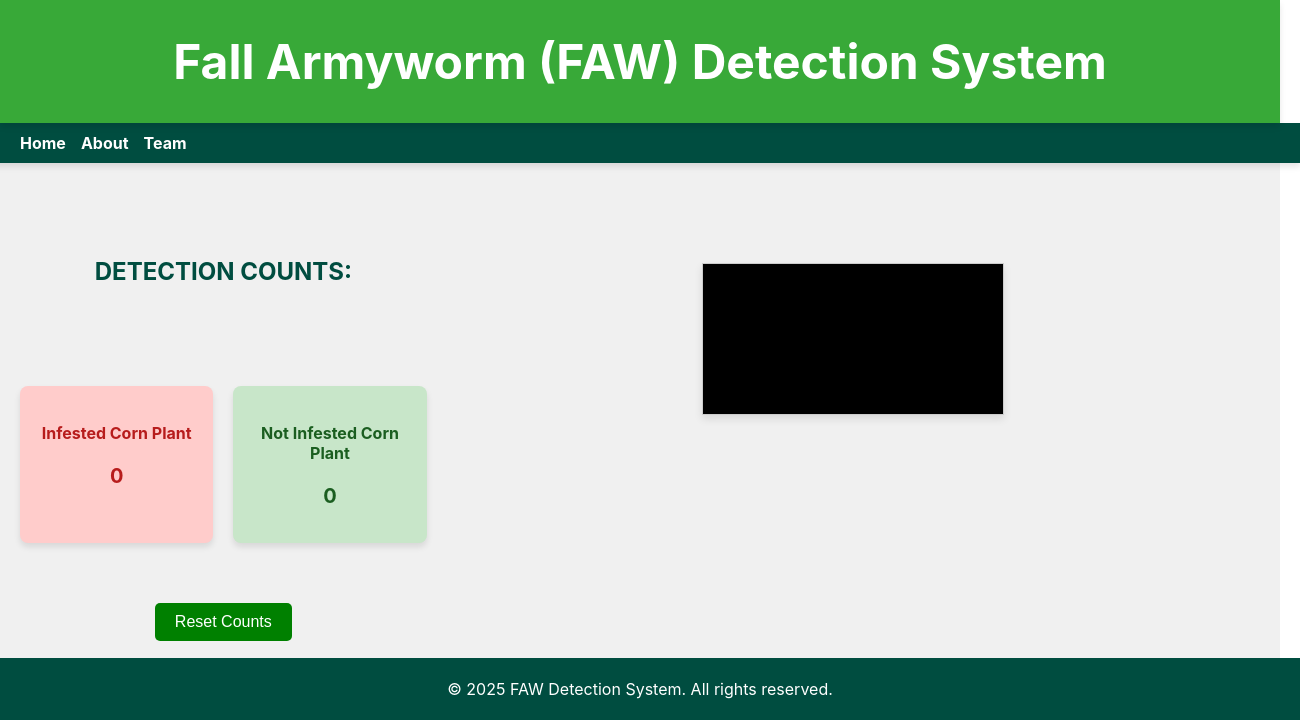
Repository: jansen223/faw-detection-main
Page: /
These files come from the project's save history. The page is drawn as it stood at one moment and after the next save; the edit follows.
The browser window is 1280 px wide. The page is 1300 px wide, so the pictures cover 1300 px, including what lies to the right of the window. The pictures show the whole page.
The page's requests for data from a server got no answer. The project was rebuilt for these pictures with package versions that can differ from the ones it lists, and the page was loaded fresh each time. No one was signed in, and anything a server would have sent is missing.

Above is the page before, as saved 2025-04-10 01:20:45.

### public/index.html
<!DOCTYPE html>
<html lang="en">
<head>
  <meta charset="utf-8" />
  <link rel="icon" href="%PUBLIC_URL%/maize_icon.jpg" />
  <meta name="viewport" content="width=device-width, initial-scale=1" />
  <meta name="theme-color" content="#000000" />
  <meta name="description" content="FAW Detection Web Interface" />
  <title>FAW Detection</title>
</head>
<body>
  <noscript>You need to enable JavaScript to run this app.</noscript>
  <div id="root"></div>
</body>
</html>

### src/App.js
import React, { useEffect, useRef } from 'react';
import { BrowserRouter as Router, Routes, Route, Link } from 'react-router-dom';
import io from 'socket.io-client';
import './App.css';

function Home({ canvasRef, counts, resetCounts }) {
  return (
    <div className="layout-container">
      {/* Detection Section */}
      <div className="detection-section">
        <h3>DETECTION COUNTS:</h3>
        <div className="detection-cards">
          <div className="card infested">
            <h4>Infested Corn Plant</h4>
            <p>{counts.infested}</p>
          </div>
          <div className="card not-infested">
            <h4>Not Infested Corn Plant</h4>
            <p>{counts.notInfested}</p>
          </div>
        </div>
        <button onClick={resetCounts} className="reset-button">
          Reset Counts
        </button>
      </div>

      {/* Camera Section */}
      <div className="camera-section">
        <canvas ref={canvasRef} />
      </div>
    </div>
  );
}

function About() {
  return (
    <div style={{ padding: '20px' }}>
      <h2>About</h2>
      <p>This web app is designed to detect Fall Armyworm infestations in corn plants using a live camera feed and machine learning.</p>
    </div>
  );
}

function Team() {
  const teamMembers = [
    {
      name: "Jansen Relator",
      role: "Machine Learning Engineer",
      description: "Specializes in developing and optimizing machine learning models.",
      image: "images/jansen.png"
    },
    {
      name: "Claire Belle Candia",
      role: "Frontend Developer",
      description: "Focuses on creating user-friendly interfaces and experiences.",
      image: "https://via.placeholder.com/150"
    },
    {
      name: "Anthony Matthew Nemenzo",
      role: "Backend Developer",
      description: "Expert in building scalable and efficient server-side applications.",
      image: "https://via.placeholder.com/150"
    },
    {
      name: "Joren Varquez",
      role: "Project Manager",
      description: "Ensures timely delivery and smooth collaboration across the team.",
      image: "https://via.placeholder.com/150"
    }
  ];

  return (
    <div className="team-container">
      <h2>Meet The Team</h2>
      <div className="team-members">
        {teamMembers.map((member, index) => (
          <div key={index} className="team-member">
            <img src={member.image} alt={`${member.name}`} className="team-member-image" />
            <h3>{member.name}</h3>
            <p className="team-member-role">{member.role}</p>
            <p className="team-member-description">{member.description}</p>
          </div>
        ))}
      </div>
    </div>
  );
}

function App() {
  const canvasRef = useRef(null);
  const socketRef = useRef(null);
  const [counts, setCounts] = React.useState({ infested: 0, notInfested: 0 });

  useEffect(() => {
    // Connect to Flask server
    socketRef.current = io('http://192.168.254.115:5000');

    // Handle video frames
    socketRef.current.on('video_frame', (data) => {
      const img = new Image();
      img.src = `data:[embedded picture, 38 characters]

      img.onload = () => {
        const canvas = canvasRef.current;
        if (!canvas) return;
        const ctx = canvas.getContext('2d');
        canvas.width = img.width;
        canvas.height = img.height;
        ctx.drawImage(img, 0, 0);
      };
    });

    // Handle detection counts
    socketRef.current.on('detection_counts', (data) => {
      setCounts({
        infested: data.infested_count,
        notInfested: data.not_infested_count
      });
    });

    return () => {
      if (socketRef.current) socketRef.current.disconnect();
    };
  }, []);

  const resetCounts = async () => {
    try {
      const response = await fetch('http://192.168.0.17:5000/reset_counts', {
        method: 'POST',
      });
      const data = await response.json();
      if (data.message) {
        setCounts({ infested: 0, notInfested: 0 });
        alert(data.message);
      }
    } catch (error) {
      console.error('Error resetting counts:', error);
    }
  };

  return (
    <Router>
      <div className="App">
        <header className="App-header">
          <h1>Fall Armyworm (FAW) Detection System</h1>
        </header>
        <nav className="App-navbar">
          <ul>
            <li><Link to="/">Home</Link></li>
            <li><Link to="/about">About</Link></li>
            <li><Link to="/team">Team</Link></li>
          </ul>
        </nav>
        <Routes>
          <Route path="/" element={<Home canvasRef={canvasRef} counts={counts} resetCounts={resetCounts} />} />
          <Route path="/about" element={<About />} />
          <Route path="/team" element={<Team />} />
        </Routes>
        <footer className="App-footer">
          <p>&copy; 2025 FAW Detection System. All rights reserved.</p>
        </footer>
      </div>
    </Router>
  );
}

export default App;

### src/App.css
body {
  margin: 0;
  padding: 0;
}

.App {
  text-align: center;
  background-color: #f0f0f0;
  min-height: 100vh;
  display: flex;
  flex-direction: column;
  align-items: center;
}

canvas {
  box-shadow: 0 4px 8px rgba(0,0,0,0.1);
  background: black; /* Shows while loading */
  margin-top: 80px;
  max-width: 100%;
  border: 1px solid #ccc;
}

.stats {
  margin-top: 20px;
  padding: 15px;
  background: white;
  border-radius: 8px;
  box-shadow: 0 2px 4px rgba(0,0,0,0.1);
}

.App-logo {
  height: 40vmin;
  pointer-events: none;
}

@media (prefers-reduced-motion: no-preference) {
  .App-logo {
    animation: App-logo-spin infinite 20s linear;
  }
}

.App-header {
  background-color: rgba(9, 151, 9, 0.795);
  color: white;
  text-align: center;
  font-size: 1.5rem;
  font-weight: bold;
  box-shadow: 0 4px 6px rgba(0, 0, 0, 0.1);
  position: sticky;
  top: 0;
  z-index: 1000;
  width: 100%;
  margin: 0; /* Ensure no margin around the header */
  box-sizing: border-box; /* Include padding in width calculation */
}

.App-link {
  color: #61dafb;
}

@keyframes App-logo-spin {
  from {
    transform: rotate(0deg);
  }
  to {
    transform: rotate(360deg);
  }
}

.reset-button {
  margin-top: 60px;
  padding: 10px 20px;
  background-color: green;
  color: white;
  border: none;
  border-radius: 5px;
  cursor: pointer;
  font-size: 1rem;
  transition: background-color 0.3s ease;
}

.reset-button:hover {
  background-color: darkgreen;
}

.App-navbar {
  background-color: #004d40;
  color: white;
  padding: 10px 20px;
  position: sticky;
  display: flex;
  justify-content: space-between;
  align-items: center;
  box-shadow: 0 4px 6px rgba(0, 0, 0, 0.1);
  width: 100%;
}

.App-navbar ul {
  list-style: none;
  display: flex;
  gap: 15px;
  margin: 0;
  padding: 0;
  padding-left: 20px;
}

.App-navbar a {
  color: white;
  text-decoration: none;
  font-weight: bold;
}

.App-navbar a:hover {
  text-decoration: underline;
}

.detection-cards {
  display: flex;
  gap: 20px;
  margin-top: 100px;
}

.card {
  padding: 15px;
  border-radius: 8px;
  box-shadow: 0 4px 6px rgba(0, 0, 0, 0.1);
  text-align: center;
  flex: 1;
  transition: transform 0.3s ease;
}

.card:hover {
  transform: scale(1.05);
}

.card.infested {
  background-color: #ffcccb;
  color: #b71c1c;
}

.card.not-infested {
  background-color: #c8e6c9;
  color: #1b5e20;
}

.App-footer {
  background-color: #004d40;
  color: white;
  padding: 5px 20px;
  text-align: center;
  position: fixed;
  bottom: 0;
  width: 100%;
}

.team-container {
  padding: 20px;
  text-align: center;
}

.team-members {
  display: flex;
  flex-wrap: wrap;
  gap: 20px;
  justify-content: center;
  margin-top: 20px;
}

.team-member {
  background-color: #ffffff;
  border-radius: 8px;
  box-shadow: 0 4px 6px rgba(0, 0, 0, 0.1);
  padding: 15px;
  text-align: center;
  width: 200px;
}

.team-member-image {
  border-radius: 50%;
  width: 100px;
  height: 100px;
  object-fit: cover;
  margin-bottom: 10px;
}

.team-member-role {
  font-weight: bold;
  color: #004d40;
  margin: 5px 0;
}

.team-member-description {
  font-size: 0.9rem;
  color: #555;
}

.layout-container {
  display: flex;
  justify-content: space-between;
  align-items: flex-start;
  width: 100%;
  padding: 20px;
  box-sizing: border-box;
}

.detection-section {
  margin-top: 50px;
  flex: 1;
  margin-right: 20px;
}

.detection-section h3 {
  font-size: 1.5rem;
  font-weight: bold;
  color: #004d40; /* Optional: Add a color for better visibility */
}

.detection-cards .card h4 {
  font-size: 1rem; /* Increase the font size for card titles */
}

.detection-cards .card p {
  font-size: 1.25rem; /* Increase the font size for card counts */
  font-weight: bold;
}

.camera-section {
  flex: 2;
  display: flex;
  justify-content: center;
}

Loaded but not shown: src/index.js (common file); src/index.css (common file); src/reportWebVitals.js (common file)

After the next save:
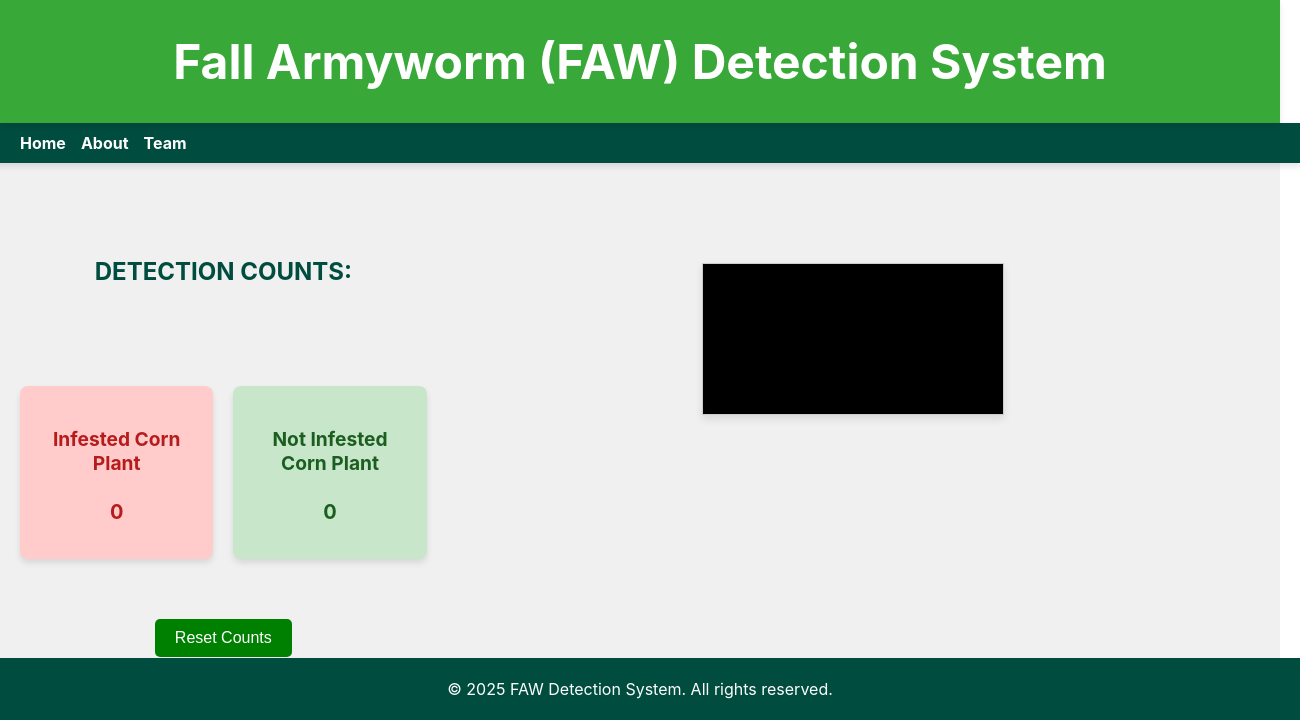
Saved 29 s later.
--- a/src/App.css
+++ b/src/App.css
@@ -212,11 +212,11 @@ canvas {
 .detection-section h3 {
   font-size: 1.5rem;
   font-weight: bold;
-  color: #004d40; /* Optional: Add a color for better visibility */
+  color: #004d40;
 }
 
 .detection-cards .card h4 {
-  font-size: 1rem; /* Increase the font size for card titles */
+  font-size: 1.2rem;
 }
 
 .detection-cards .card p {
